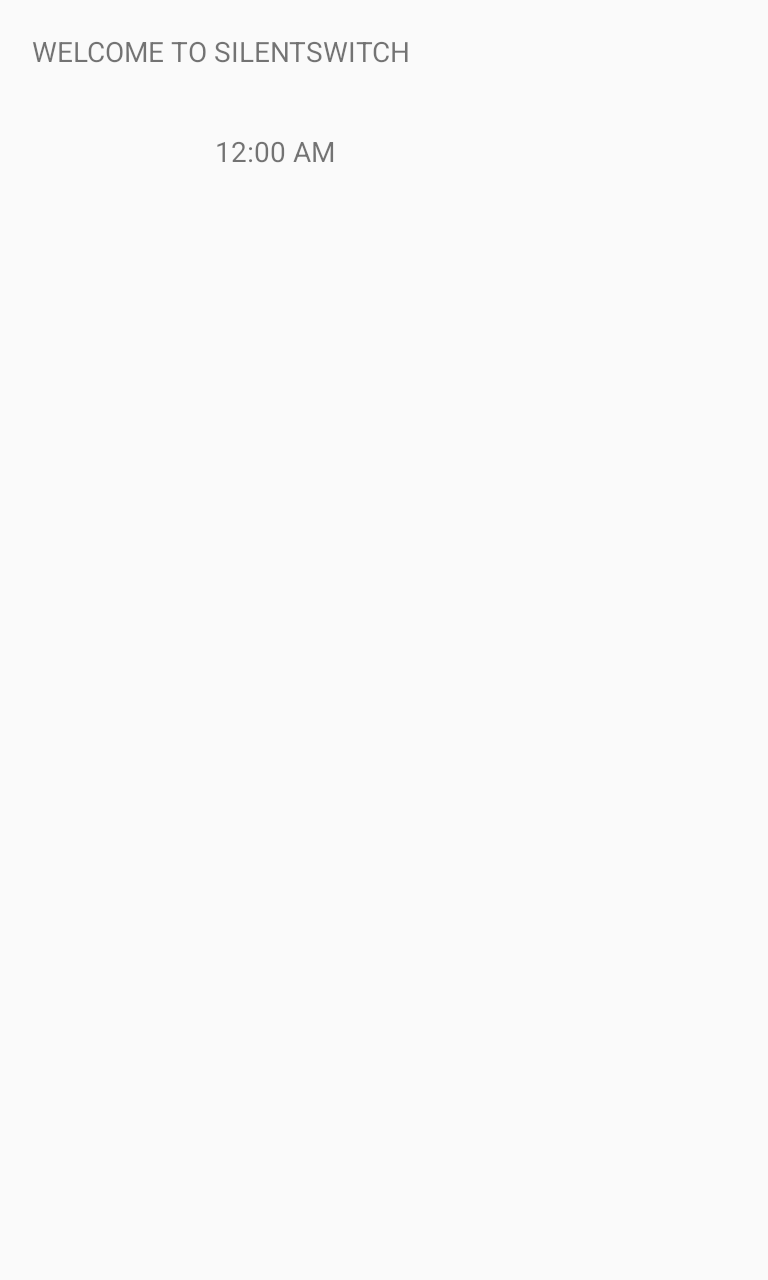
Repository: karakor/SilentSwitch2
Layout: SilentSwitch/res/layout/activity_alarm.xml
An editor plug-in stored every save of this project. The layout is shown before and after the next save, followed by the edit.
It is drawn on a 768 x 1280 px phone screen (xhdpi) without system bars, with theme AppTheme; the app's code is not run.

Above is the layout before, as saved 2015-03-02 10:41:17.

### SilentSwitch/res/layout/activity_alarm.xml
<RelativeLayout xmlns:android="http://schemas.android.com/apk/res/android"
    xmlns:tools="http://schemas.android.com/tools"
    android:layout_width="match_parent"
    android:layout_height="match_parent"
    android:paddingBottom="@dimen/activity_vertical_margin"
    android:paddingLeft="@dimen/activity_horizontal_margin"
    android:paddingRight="@dimen/activity_horizontal_margin"
    android:paddingTop="@dimen/activity_vertical_margin"
    tools:context="com.example.silentswitch.AlarmScreen" >

    <TextView
        android:id="@+id/textView1"
        android:layout_width="wrap_content"
        android:layout_height="wrap_content"
        android:text="@string/hello_world" />

    <DigitalClock
        android:id="@+id/digitalClock1"
        android:layout_width="wrap_content"
        android:layout_height="wrap_content"
        android:layout_alignRight="@+id/textView1"
        android:layout_below="@+id/textView1"
        android:layout_marginRight="38dp"
        android:layout_marginTop="31dp"
        android:height="55dp"
        android:text="@string/digital_clc" />

</RelativeLayout>

### SilentSwitch/res/values/strings.xml
<?xml version="1.0" encoding="utf-8"?>
<resources>

    <string name="app_name">SilentSwitch</string>
    <string name="hello_world">WELCOME TO SILENTSWITCH</string>
    <string name="action_settings">Settings</string>
    <string name="Alarm_btn">ALARM</string>
    <string name="Map_btn">MAP</string>
    <string name="title_activity_map__screen">Map_Screen</string>
    <string name="btn_City">City</string>
    <string name="str_rb_normal">Normal</string>
    <string name="str_rb_satellite">Satellite</string>
    <string name="menu_settings">Settings</string>
    <string name="str_rb_terrain">Terrain</string>
    <string name="title_activity_alarm_screen">AlarmScreen</string>
    <string name="digital_clc"/>

</resources>

Loaded but not shown: SilentSwitch/res/values/styles.xml (common file); SilentSwitch/res/values-v11/styles.xml (common file); SilentSwitch/res/values-v14/styles.xml (common file); SilentSwitch/res/values/dimens.xml (common file); SilentSwitch/res/values-w820dp/dimens.xml (common file)

After the next save:
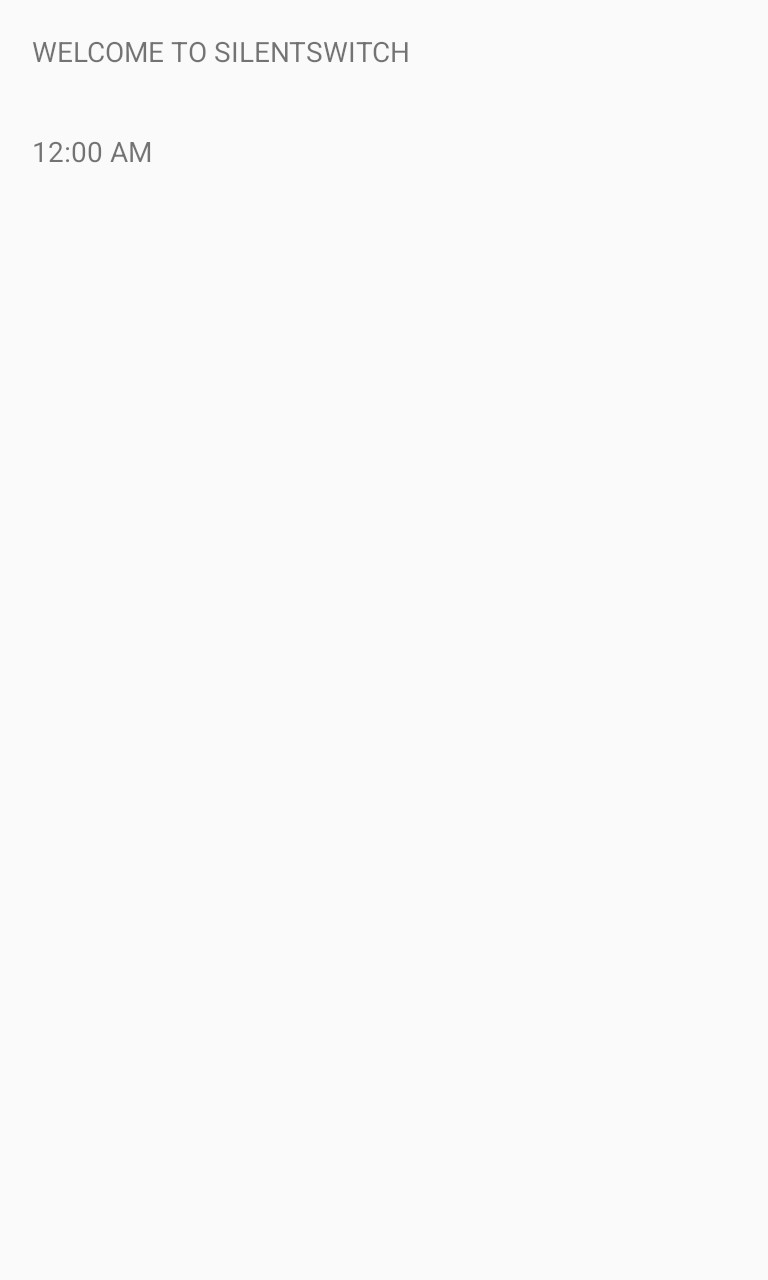
Saved 20 s later.
--- a/SilentSwitch/res/layout/activity_alarm.xml
+++ b/SilentSwitch/res/layout/activity_alarm.xml
@@ -23,6 +23,7 @@
         android:layout_marginRight="38dp"
         android:layout_marginTop="31dp"
         android:height="55dp"
+        android:width="160dp"
         android:text="@string/digital_clc" />
 
 </RelativeLayout>
